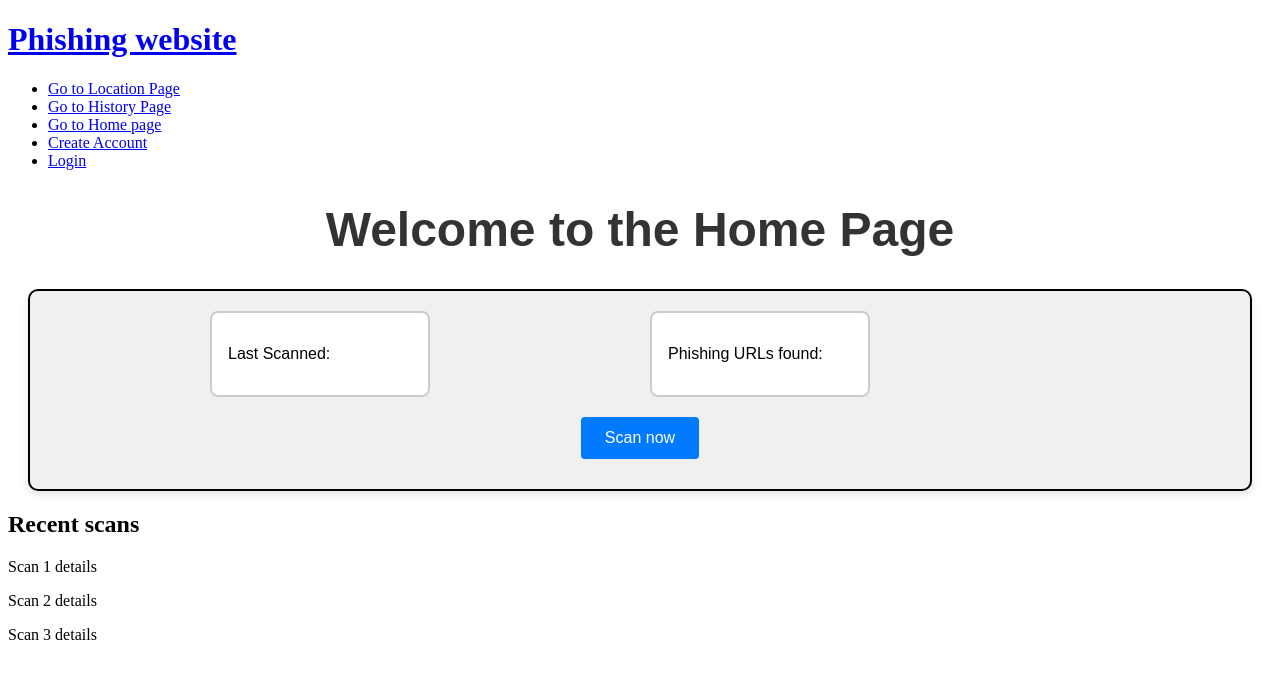
Repository: 2305199/Final-year-project
Page: / (app in frontend/)
An editor plug-in stored every save of this project. The page is shown before and after the next save, followed by the edit.
The browser window is 1280 px wide. The pictures show the whole page.
The project was rebuilt for these pictures with package versions that can differ from the ones it lists, and the page was loaded fresh each time. Also part of the build but not shown: frontend/vite.config.js, frontend/src/Location/Location.jsx, frontend/src/History/History.jsx, frontend/src/User/CreateAccount.jsx, frontend/src/User/Login.jsx.

Above is the page before, as saved 2026-01-29 01:24:06.

### frontend/src/App.jsx
import { BrowserRouter as Router, Routes, Route } from 'react-router-dom';
import Home from './Home/Home.jsx'
import Location from './Location/Location.jsx'
import History from './History/History.jsx'
import CreateAccount from './User/CreateAccount.jsx'
import Login from './User/Login.jsx'
import Header from './components/Header.jsx'

function App() {

  return (
    <Router>
    <Header />
   <Routes>
      <Route path="/" element={<Home />} />
      <Route path="/location" element={<Location />} />
      <Route path="/history" element={<History />} />
      <Route path="/createAccount" element={<CreateAccount />} />
      <Route path="/login" element={<Login />} />
   </Routes>
    </Router>
  )
}

export default App

### frontend/src/Home/Home.jsx
import styles from './Home.module.css'
function Home() {
    return ( <div>
        <div className={styles.title}> <h1>Welcome to the Home Page</h1></div>


<div className={styles.Box}>
  <div className={styles.topRow}>
    <div className={styles.Lscanned}>
      <p>Last Scanned:</p>
    </div>

    <div className={styles.Pfound}>
      <p>Phishing URLs found:</p>
    </div>
  </div>

  <button className={styles.scanButton}>Scan now</button>
</div>



    <div>
        <h2>Recent scans</h2>
        <div className={styles.recentScans}>
            <div className={styles.scanCard}><p>Scan 1 details</p></div>
            <div className={styles.scanCard}><p>Scan 2 details</p></div>
            <div className={styles.scanCard}><p>Scan 3 details</p></div>
        </div>
    </div>

    </div>)
}
export default Home

### frontend/src/components/Header.jsx
function Header() {
    return (<div>
    <h1> <a href="/">Phishing website </a></h1>
     <ul>
        <li><a href="/location">Go to Location Page</a></li>
        <li><a href="/history">Go to History Page</a></li>
        <li><a href="/">Go to Home page</a></li>
        <li><a href="/createAccount">Create Account</a></li>
        <li><a href="/login">Login</a></li>
    </ul>
    </div>)

}
export default Header

### frontend/src/Home/Home.module.css
.title{
    text-align: center;
    font-size: 1.5rem;
    margin-bottom: 20px;
    color: #333;
    font-family: 'Arial', sans-serif;
}
.Box{
    display: flex;
    flex-direction: column;
    align-items: center;
    justify-content: center;
   border: 2px solid black;
    padding: 20px;
    margin: 20px;
    background-color: #f0f0f0;
    border-radius: 10px;
    box-shadow: 0 4px 8px rgba(0, 0, 0, 0.1);

}
.container {
  display: grid;
  gap: 20px;
}

.Box {
  display: flex;
  flex-direction: column;
  align-items: center;
  gap: 20px;
}

.Lscanned,
.Pfound {
  border: 2px solid #ccc;
  padding: 16px;
  border-radius: 8px;
  background-color: #ffffff;
  font-family: 'Arial', sans-serif;
  width: 220px;
  box-sizing: border-box;
  margin-right: 200px;
}

.scanButton {
  padding: 12px 24px;
  font-size: 16px;
  background-color: #007bff;
  color: #ffffff;
  border: none;
  border-radius: 4px;
  cursor: pointer;
  transition: background-color 0.3s ease;
  margin-bottom: 10px;
}
.topRow {
  display: flex;
  flex-direction: row; /* side by side */
  gap: 20px;
  align-items: center;
}

Loaded but not shown: frontend/index.html (common file); frontend/src/main.jsx (common file); frontend/src/index.css (no stored copy; drawn as an empty file)

After the next save:
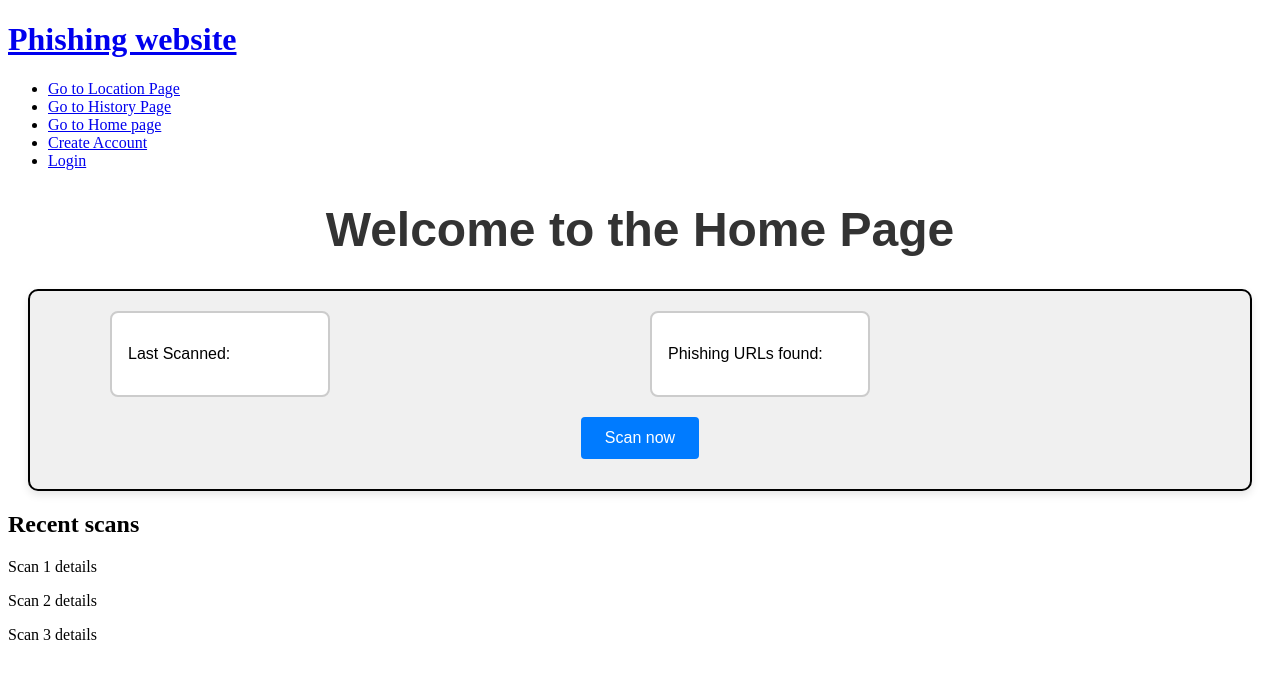
Saved 13 s later.
--- a/frontend/src/Home/Home.module.css
+++ b/frontend/src/Home/Home.module.css
@@ -39,7 +39,7 @@
   font-family: 'Arial', sans-serif;
   width: 220px;
   box-sizing: border-box;
-  margin-right: 200px;
+  margin-right: 300px;
 }
 
 .scanButton {
